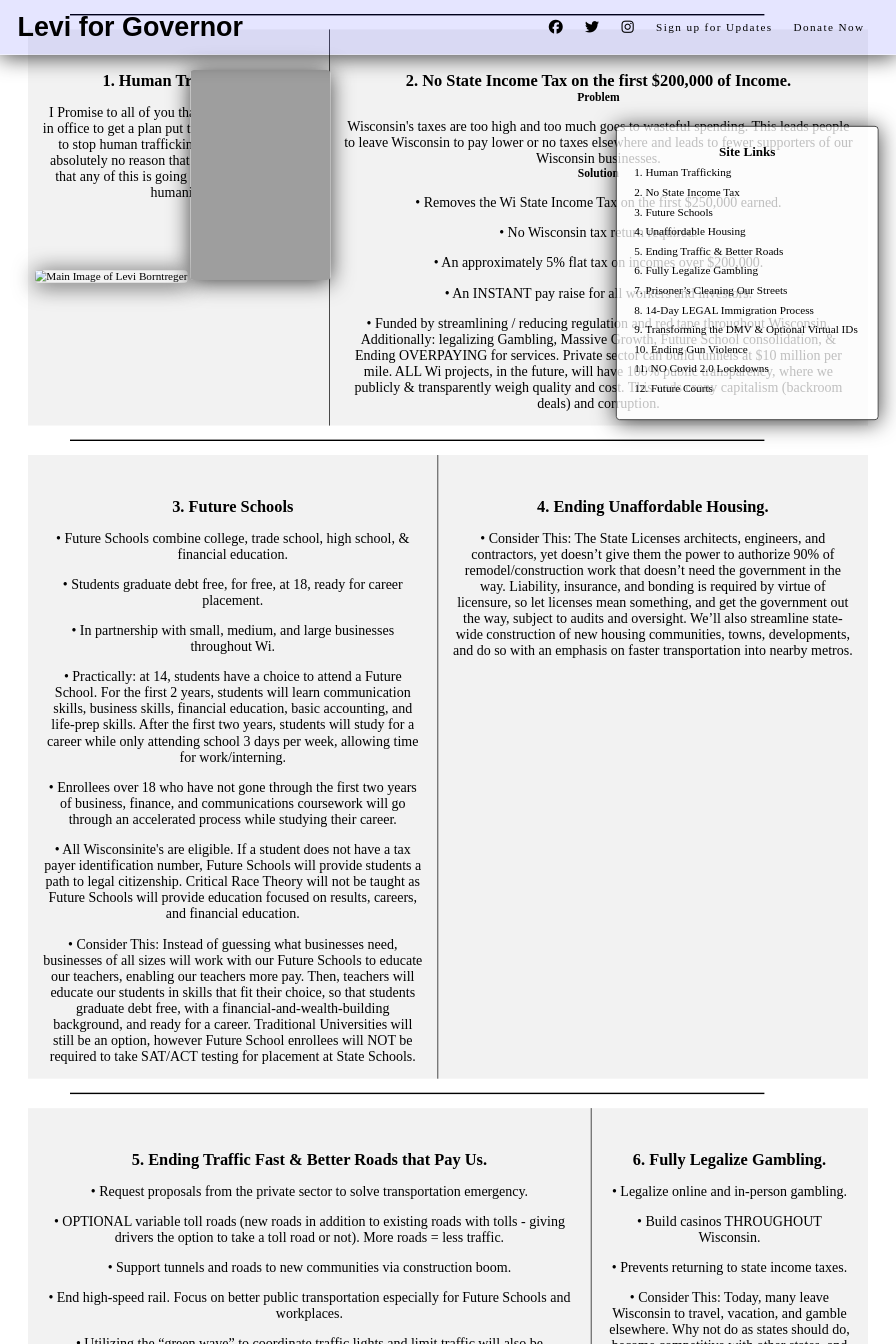
Repository: LeviCB/LeviCB.github.io
Page: index.html
The author's editor kept a record of every edit. The page is drawn from the files as they stood at one moment, then again after the next edit.
The browser window is 1280 px wide. The pictures show the part of the page from y = 0 to 1920 px (the page is 3981 px tall before and 3999 px after), at 70% of full size.
Pictures or frames that could not be fetched are drawn as grey boxes. Some web fonts or font styles are not loaded; a fallback is used. Some web libraries are served in a nearby version.

Above is the page before.

### index.html
<!DOCTYPE html>
<html>

<head id="head">
  <link type="text/css" rel="stylesheet" href="/assets/css/style.css"/>
  <script src="https://use.fontawesome.com/95e29540f7.js"></script>
  <script src="https://kit.fontawesome.com/76e8df320e.js" crossorigin="anonymous"></script>
</head>

<body id="main">
  <div class="scrollTop" onclick="scrollToTop()"></div>
  <header id="header">
    <a href="" class="logo"><strong>Levi for Governor</strong></a>
    <ul id="list">
      <li><a href="#"><i class="fab fa-facebook fa-lg"></i></a></li>
      <li><a href="#"><i class="fab fa-twitter fa-lg"></i></a></li>
      <li><a href="#"><i class="fab fa-instagram fa-lg"></i></a></li>
      <li><a href="">Sign up for Updates</a></li>
      <li><a href="">Donate Now</a></li>
    </ul>
    </div>
  </header>
  <section class="banner"></section>
  <div id="my-image">
    <img id="my-main-img" href="/assets/image's/main_image.JPG" alt="Main Image of Levi Borntreger">
    <img id="my-main-img" src="https://prestigeportraits.com/wp-content/themes/prestige/assets/build/images/galleries/gallery-2/gallery-image-4.jpg">
  </div>
  <div id="hyper-links">
    <h3>Site Links</h3>
    <a href="#1. Human Trafficking">1. Human Trafficking</a>
    <a href="#2. No State Income Tax">2. No State Income Tax</a>
    <a href="#3. Future Schools">3. Future Schools</a>
    <a href="#4. Unaffordable Housing">4. Unaffordable Housing</a>
    <a href="#5. Ending Traffic & Better Roads">5. Ending Traffic & Better Roads</a>
    <a href="#6. Fully Legalize Gambling">6. Fully Legalize Gambling</a>
    <a href="#7. Prisoner’s Cleaning Our Streets">7. Prisoner’s Cleaning Our Streets</a>
    <a href="#8. 14-Day LEGAL Immigration Process">8. 14-Day LEGAL Immigration Process</a>
    <a href="#9. Transforming the DMV & Optional Virtual IDs">9. Transforming the DMV & Optional Virtual IDs</a>
    <a href="#10. Ending Gun Violence">10. Ending Gun Violence</a>
    <a href="#11. NO Covid 2.0 Lockdowns">11. NO Covid 2.0 Lockdowns</a>
    <a href="#12. Future Courts">12. Future Courts</a>
  </div>
  </div>
  <content>
    <div id="content-all">
      <div id="content-wrapper">
        <a name="1. Human Trafficking"></a>
        <a name="2. No State Income Tax"></a>
        <hr style="height: 2px; width: 80%; border: none; background-color: black;">
        <section id="content-text">
          <article id="content">
            <h3>1. Human Trafficking</h3>
            <p>I Promise to all of you that in my first 30 days in office to get a plan put together and in motion to stop human trafficking for good. There's absolutely no reason that today in our society, that any of this is going on, it's a disgrace to humanity.</p>
          </article>
          <hr style="width: 1px; border: none; background-color: black;">
          <article id="content">
            <h3>2. No State Income Tax on the first $200,000 of Income.</h3>
            <h5>Problem</h5>
            <p>Wisconsin's taxes are too high and too much goes to wasteful spending. This leads people to leave Wisconsin to pay lower or no taxes elsewhere and leads to fewer supporters of our Wisconsin businesses.</p>
            <h5>Solution</h5>
            <p> • Removes the Wi State Income Tax on the first $250,000 earned.</p>
            <p>• No Wisconsin tax return required.</p>
            <p>• An approximately 5% flat tax on incomes over $200,000.</p>
            <p>• An INSTANT pay raise for all workers and investors.</p>
            <p>• Funded by streamlining / reducing regulation and red tape throughout Wisconsin. Additionally: legalizing Gambling, Massive Growth, Future School consolidation, & Ending OVERPAYING for services. Private sector can build tunnels at $10 million per mile. ALL Wi projects, in the future, will have 100% public transparency, where we publicly & transparently weigh quality and cost. This ends crony capitalism (backroom deals) and corruption.</p>
          </article>
        </section>
        <a name="3. Future Schools"></a>
        <a name="4. Unaffordable Housing"></a>
        <hr style="height: 2px; width: 80%; border: none; background-color: black;">
        <section id="content-text">
          <article id="content">
            <h3>3. Future Schools</h3>
            <p>• Future Schools combine college, trade school, high school, & financial education.</p>
            <p>• Students graduate debt free, for free, at 18, ready for career placement.</p>
            <p>• In partnership with small, medium, and large businesses throughout Wi.</p>
            <p>• Practically: at 14, students have a choice to attend a Future School. For the first 2 years, students will learn communication skills, business skills, financial education, basic accounting, and life-prep skills. After the first two years, students will study for a career while only attending school 3 days per week, allowing time for work/interning.</p>
            <p>• Enrollees over 18 who have not gone through the first two years of business, finance, and communications coursework will go through an accelerated process while studying their career.</p>
            <p> • All Wisconsinite's are eligible. If a student does not have a tax payer identification number, Future Schools will provide students a path to legal citizenship. Critical Race Theory will not be taught as Future Schools will provide education focused on results, careers, and financial education.</p>
            <p>• Consider This: Instead of guessing what businesses need, businesses of all sizes will work with our Future Schools to educate our teachers, enabling our teachers more pay. Then, teachers will educate our students in skills that fit their choice, so that students graduate debt free, with a financial-and-wealth-building background, and ready for a career. Traditional Universities will still be an option, however Future School enrollees will NOT be required to take SAT/ACT testing for placement at State Schools.</p>
          </article>
          <hr style="width: 1px; border: none; background-color: black;">
          <article id="content">
            <h3>4. Ending Unaffordable Housing.</h3>
            <p>• Consider This: The State Licenses architects, engineers, and contractors, yet doesn’t give them the power to authorize 90% of remodel/construction work that doesn’t need the government in the way. Liability, insurance, and bonding is required by virtue of licensure, so let licenses mean something, and get the government out the way, subject to audits and oversight. We’ll also streamline state-wide construction of new housing communities, towns, developments, and do so with an emphasis on faster transportation into nearby metros.</p>
          </article>
        </section>
        <a name="5. Ending Traffic & Better Roads"></a>
        <a name="6. Fully Legalize Gambling"></a>
        <hr style="height: 2px; width: 80%; border: none; background-color: black;">
        <section id="content-text">
          <article id="content">
            <h3>5. Ending Traffic Fast & Better Roads that Pay Us.</h3>
            <p>• Request proposals from the private sector to solve transportation emergency.</p>
            <p>• OPTIONAL variable toll roads (new roads in addition to existing roads with tolls - giving drivers the option to take a toll road or not). More roads = less traffic.</p>
            <p>• Support tunnels and roads to new communities via construction boom.</p>
            <p>• End high-speed rail. Focus on better public transportation especially for Future Schools and workplaces.</p>
            <p>• Utilizing the “green wave” to coordinate traffic lights and limit traffic will also be implementing.</p>
            <p>• Consider This: The private sector is prepared to help solve Wisconsin’s transportation issues. The problem? The Governor is in the way. Cities and counties don’t want traffic; it hurts them. As Governor, Levi will request public proposals from private companies who will compete against each other for opportunities to fix our transportation nightmare. This might include logical changes to speed limits, lane efficiency, and enhancements to our building processes that enable faster solutions, such as multiple private partnerships providing tunnels throughout the same, where traffic is worst.</p>
          </article>
          <hr style="width: 1px; border: none; background-color: black;">
          <article id="content">
            <h3>6. Fully Legalize Gambling.</h3>
            <p>• Legalize online and in-person gambling.</p>
            <p>• Build casinos THROUGHOUT Wisconsin.</p>
            <p>• Prevents returning to state income taxes.</p>
            <p>• Consider This: Today, many leave Wisconsin to travel, vacation, and gamble elsewhere. Why not do as states should do, become competitive with other states, and provide Wisconsinites and Americans an opportunity to enjoy gambling IN Wisconsin. We welcome Everyone.</p>
          </article>
        </section>
        <a name="7. Prisoner’s Cleaning Our Streets"></a>
        <a name="8. 14-Day LEGAL Immigration Process"></a>
        <hr style="height: 2px; width: 80%; border: none; background-color: black;">
        <section id="content-text">
          <article id="content">
            <h3>7. Prisoner’s Cleaning Our Streets.</h3>
            <p>• Focus on community policing and reintegrating trust with law enforcement and communities.</p>
            <p>• Non-violent inmates in jails/prisons will work community service in neighborhoods they committed crimes in under group supervision. Selected, non-violent inmates who agree to clean our streets will be eligible to go stay at home with family, reducing jail costs, while being monitored to ensure attendance and fulfillment of sentence. Wisconsin has over 23,000 prisoner's and spends over $30,000 per prisoner per year on housing Prisoners. This is backwards. Prisoners should contribute to our society, society shouldn’t contribute to them.</p>
            <p>• Inmates will clean our streets, roads, towns/cities, and remove graffiti.</p>
            <p>• Option to attend Future Schools to prevent recidivism.</p>
            <p>• Focus on training, social support, and community, with a focus on growth. For example, restrictive alcohol enforcement on businesses cripples business.</p>
          </article>
          <hr style="width: 1px; border: none; background-color: black;">
          <article id="content">
            <h3>8. 14-Day LEGAL Immigration Process.</h3>
            <p>• Wisconsin will establish a process for fast-tracked LEGAL immigration. Our “illegal” immigration crisis is a result of a HORRIBLE, out-dated, and criminalizing immigration disaster. A 14-day legal immigration process helps us attract not just refugees, but also qualified immigrants who can support and contribute to our economy. Legal immigration does not cost Wisconsin jobs, it expands our economy and grows our revenues. Consider this: A CPA who moves to Wisconsin from Brazil, who agrees not to accept any social-welfare programs, needs a dentist, doctor, grocery store, taxi driver, retail stores, and more. For each person who legally immigrants to Wisconsin, we expect economic growth for 10+ Wisconsinite's.</p>
            <p>• Every mid to low income Immigrant will need to have a job lined up. They will get a temporary 2 year Citizenship and will have to attend a future school on the side to learn English etc. If they still have a job and no criminal activities they will be granted full Citizenship.</p>
            <p>Additionally and on Manufacturing:</p>
            <p>• Wisconsin will also partner with companies providing access to Future Schools.</p>
            <p>• This allows companies to train students prior to graduating Future Schools, making them career ready at 18.</p>
          </article>
        </section>
        <a name="9. Transforming the DMV & Optional Virtual IDs"></a>
        <a name="10. Ending Gun Violence"></a>
        <hr style="height: 2px; width: 80%; border: none; background-color: black;">
        <section id="content-text">
          <article id="content">
            <h3>9. Transforming the DMV & Optional Virtual IDs.</h3>
            <p>• Virtual IDs and Registrations w/ QR coded downloads. Virtual IDs would be OPTIONAL - so printed QR or full-versions would still be available on an OPT-IN basis (default being virtual, but for those desiring physical, the option would be available).</p>
            <p>• Privatizing license plates, driver tests, and vision tests.</p>
            <p>• Speed cameras & virtual tickets; less traffic stops via officer virtual traffic stops & ticketing.</p>
            <p>• Instant options to dispute or pay tickets via a new Wisconsin App.</p>
          </article>
          <hr style="width: 1px; border: none; background-color: black;">
          <article id="content">
            <h3>10. Ending Gun Violence.</h3>
            <p> • Wisconsin should focus less on restrictions for legal weapon owners, and instead focus more resources on weapon education, mental Health services, therapy access especially for those uninsured or underinsured, and teaching mental-wellness in our schools to prevent the stigmatization of mental-health illnesses in Wisconsin.</p>
            <p>• Those who are trained and background checked SHALL have more rights in Wisconsin. We’re moving towards MORE rights and freedoms in Wisconsin, not less.</p>
            <p>• Tiered licenses for individuals with weapons training.</p>
            <p>• Granting more privileges like concealed carry to more folks who are trained and background checked. This would be the first expansion of Gun Rights Wisconsin has seen in decades.</p>
          </article>
        </section>
        <a name="11. NO Covid 2.0 Lockdowns"></a>
        <a name="12. Future Courts"></a>
        <hr style="height: 2px; width: 80%; border: none; background-color: black;">
        <section id="content-text">
          <article id="content">
            <h3>11. NO Covid 2.0 Lockdowns.</h3>
            <h4>Covid:</h4>
            <p>Vaccines are a choice. Masks are a choice. Businesses shall have the right to remain OPEN — however, reasonable “HEPA-filtration” and ventilation requirements may be an option, but we will NOT have lockdowns again.</p>
          </article>
          <hr style="width: 1px; border: none; background-color: black;">
          <article id="content">
            <h3>12. Future Courts.</h3>
            <p>• Small claims limits raised to $100,000.</p>
            <p>• New Small Claims Advisor Counsel license taught at Future Schools.</p>
            <p>• Speeding up the legal system by investing in our courts.</p>
          </article>
        </section>
      </div>
    </div>
  </content>
<foot>
  <div id="foot">
    <div id="address">
      <h3>Levi for Governor</h3>
      <h3>1712 Prima Lago Ter</h3>
      <h3>Lakeland, FL. 33810</h3>
    </div>
    <div id="contact">
      <h4>Contact Me</h4>
      <h3>715-660-6693</h3>
      <H3>LeviForGovernor@gmail.com</h3>
    </div>
  </div>
</foot>
<script src=".js"></script>
</body>
<footer id="footer">
  <div id="copyright">
    <h4>Paid for and Approved by Levi Borntreger for Governor</h4>
    <h4>Copyright 2021 — Levi for Governor. All rights reserved.</h4>
  </div>
</footer>

</html>

Loaded but not shown: .js (33 lines, source omitted); assets/js/.js (33 lines, source omitted); assets/css/style.css (315 lines, source omitted)

After the next edit:
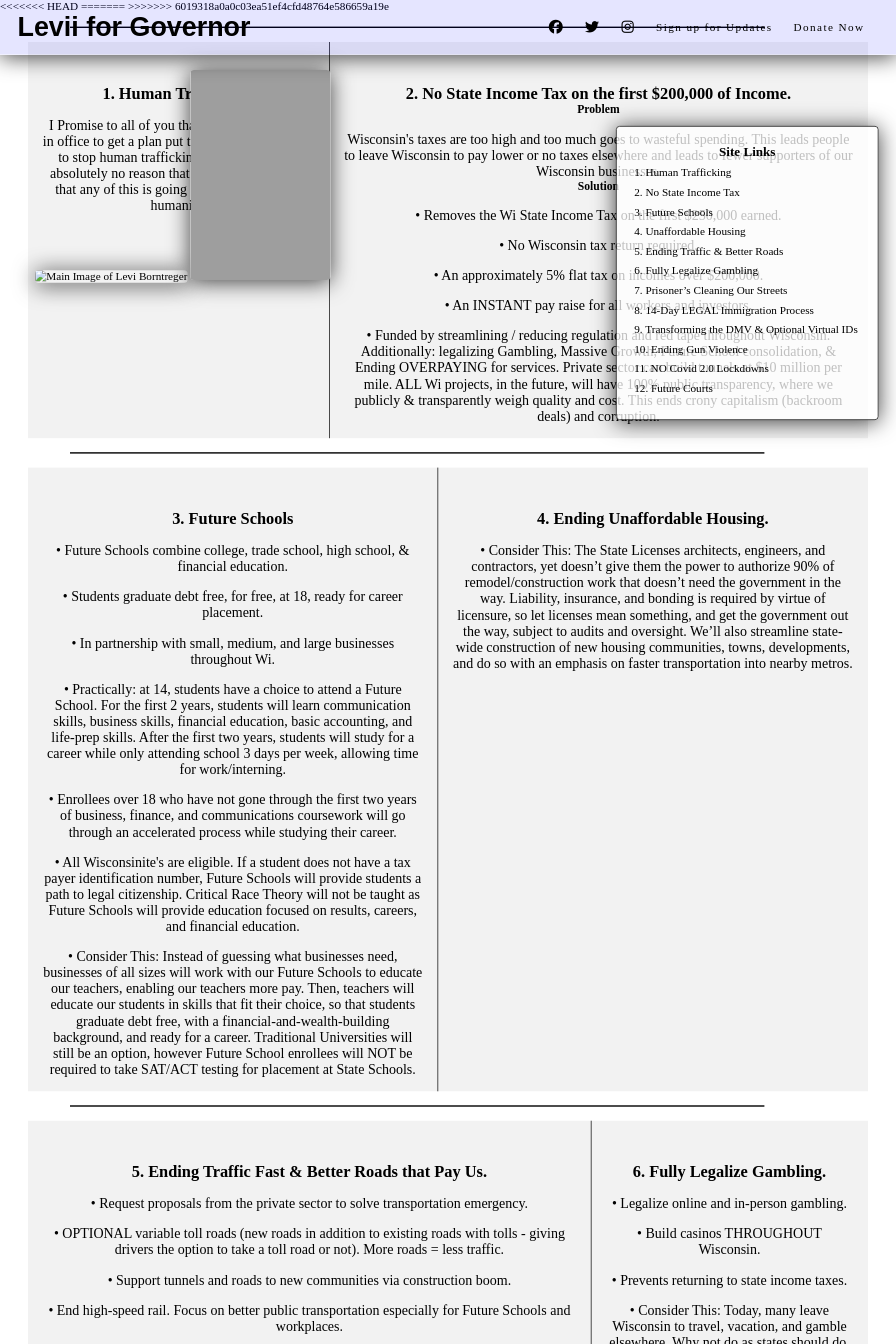
The edit:
--- a/index.html
+++ b/index.html
@@ -2,7 +2,11 @@
 <html>
 
 <head id="head">
+<<<<<<< HEAD
   <link type="text/css" rel="stylesheet" href="/assets/css/style.css"/>
+=======
+  <link type="text/css" rel="stylesheet" href="assets/css/style.css">
+>>>>>>> 6019318a0a0c03ea51ef4cfd48764e586659a19e
   <script src="https://use.fontawesome.com/95e29540f7.js"></script>
   <script src="https://kit.fontawesome.com/76e8df320e.js" crossorigin="anonymous"></script>
 </head>
@@ -10,7 +14,7 @@
 <body id="main">
   <div class="scrollTop" onclick="scrollToTop()"></div>
   <header id="header">
-    <a href="" class="logo"><strong>Levi for Governor</strong></a>
+    <a href="" class="logo"><strong>Levii for Governor</strong></a>
     <ul id="list">
       <li><a href="#"><i class="fab fa-facebook fa-lg"></i></a></li>
       <li><a href="#"><i class="fab fa-twitter fa-lg"></i></a></li>
@@ -183,7 +187,7 @@
     </div>
   </div>
 </foot>
-<script src=".js"></script>
+<script src="/assets/js/.js"></script>
 </body>
 <footer id="footer">
   <div id="copyright">

After the edit that followed:
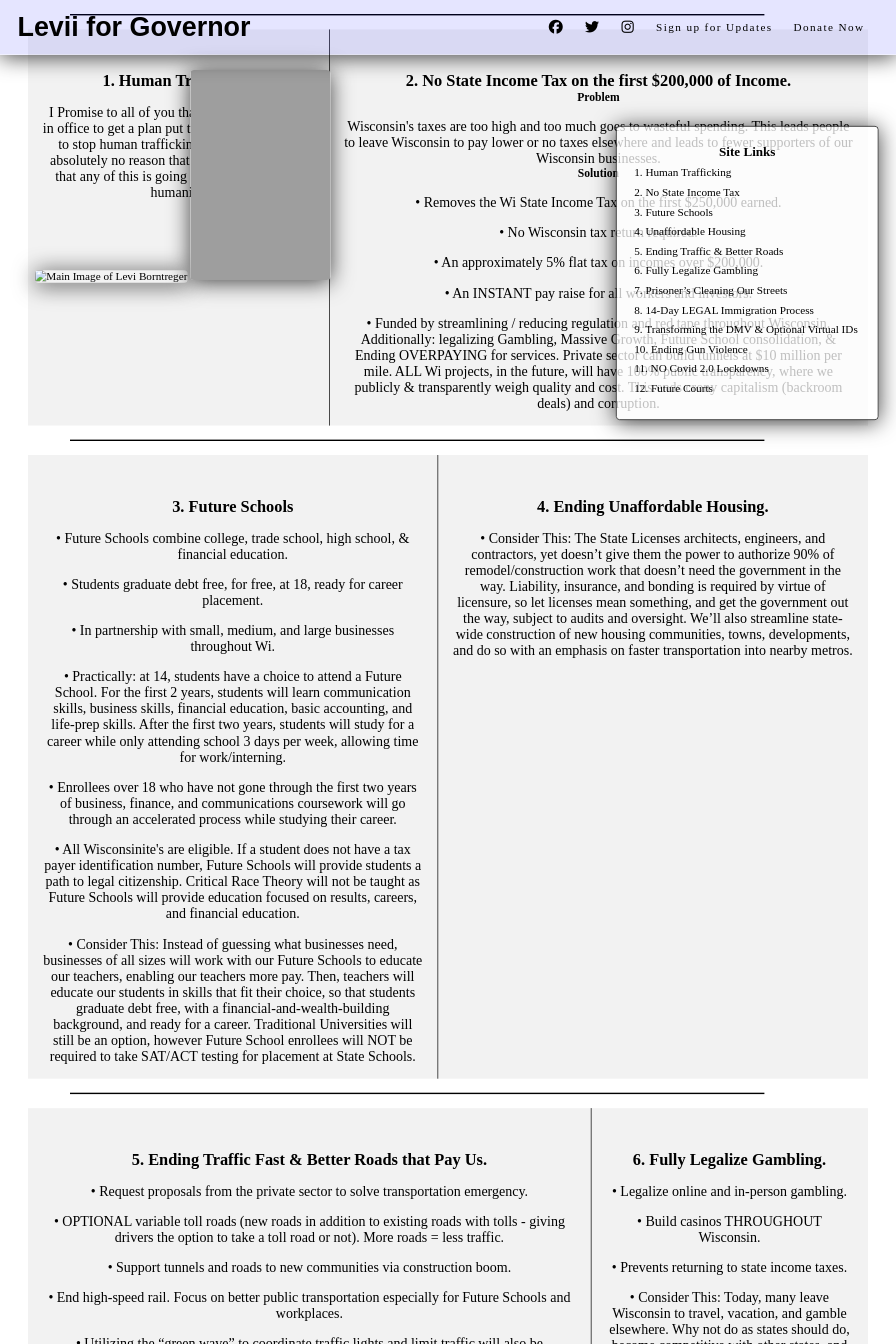
The edit:
--- a/index.html
+++ b/index.html
@@ -2,11 +2,9 @@
 <html>
 
 <head id="head">
-<<<<<<< HEAD
+
   <link type="text/css" rel="stylesheet" href="/assets/css/style.css"/>
-=======
-  <link type="text/css" rel="stylesheet" href="assets/css/style.css">
->>>>>>> 6019318a0a0c03ea51ef4cfd48764e586659a19e
+
   <script src="https://use.fontawesome.com/95e29540f7.js"></script>
   <script src="https://kit.fontawesome.com/76e8df320e.js" crossorigin="anonymous"></script>
 </head>
